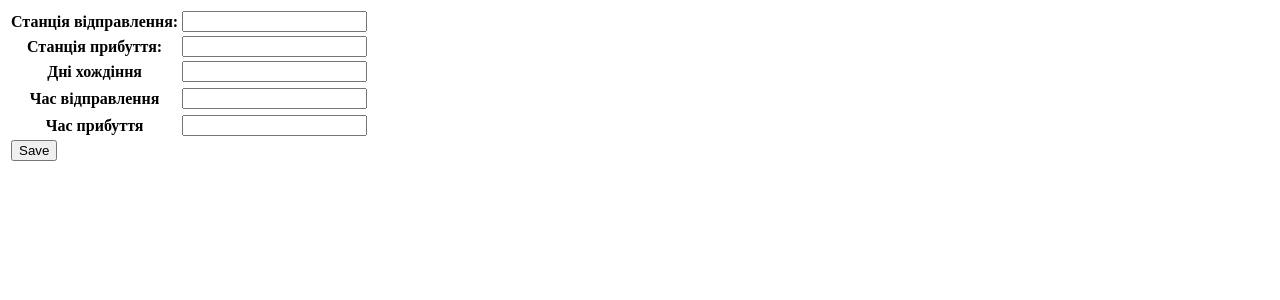
Repository: predator11/Project
Page: http://localhost/TimetableProject/edit.jsp
An editor plug-in stored every save of this project. The page is shown before and after the next save, followed by the edit.
The browser window is 1280 px wide. The pictures show the whole page.
The page is served by Tomcat 9. Nobody is signed in. The application's start-up code is not run.

Above is the page before, as saved 2015-06-29 13:45:55.

After the next save:
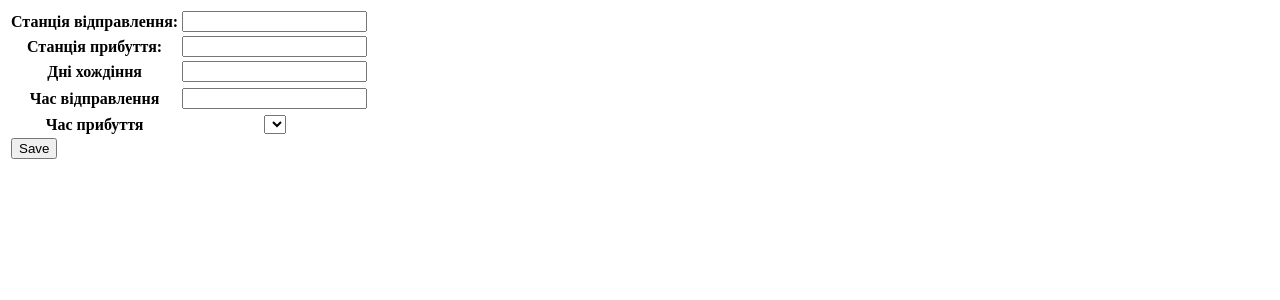
Saved 16 min 48 s later.
--- a/TimetableProject/WebContent/edit.jsp
+++ b/TimetableProject/WebContent/edit.jsp
@@ -1,5 +1,6 @@
 <%@ page language="java" contentType="text/html; charset=UTF-8"
     pageEncoding="UTF-8"%>
+<%@ taglib prefix="c" uri="http://java.sun.com/jsp/jstl/core" %>
 <!DOCTYPE html PUBLIC "-//W3C//DTD HTML 4.01 Transitional//EN" "http://www.w3.org/TR/html4/loose.dtd">
 <html>
 <head>
@@ -29,7 +30,12 @@
        <tr>
        <tr>
          <th>Час прибуття</th>
-         <th><input type="Text" name="dayOfDep"></th>
+         <th>
+         <select name="arrivalTime" size=1>
+          <c:forEach var="i" begin="0" end="60">
+           <option select value="${i }">
+          </c:forEach>
+         </select></th>
         </tr>
        <tr>
         <td><input type="Submit" value="Save"></td>
